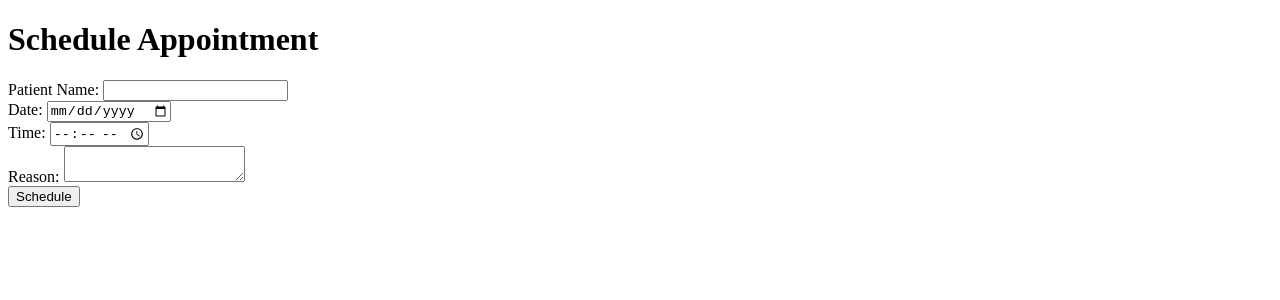
Repository: jaytriggz/Hospital-Management-System
Page: index.html
These files come from the project's save history. The page is drawn as it stood at one moment and after the next save; the edit follows.
The browser window is 1280 px wide. The pictures show the whole page.

Above is the page before, as saved 2024-07-04 14:18:24.

### index.html
<!DOCTYPE html>
<html lang="en">
<head>
    <meta charset="UTF-8">
    <title>Schedule Appointment</title>
</head>
<body>
    <h1>Schedule Appointment</h1>
    <form id="appointmentForm">
        <label for="patientName">Patient Name:</label>
        <input type="text" id="patientName" name="patientName" required><br>

        <label for="date">Date:</label>
        <input type="date" id="date" name="date" required><br>

        <label for="time">Time:</label>
        <input type="time" id="time" name="time" required><br>

        <label for="reason">Reason:</label>
        <textarea id="reason" name="reason" required></textarea><br>

        <button type="submit">Schedule</button>
    </form>

    <script>
        document.getElementById('appointmentForm').addEventListener('submit', function(event) {
            event.preventDefault();

            const formData = {
                patientName: document.getElementById('patientName').value,
                date: document.getElementById('date').value,
                time: document.getElementById('time').value,
                reason: document.getElementById('reason').value
            };

            fetch('/appointments', {
                method: 'POST',
                headers: {
                    'Content-Type': 'application/json'
                },
                body: JSON.stringify(formData)
            })
            .then(response => response.text())
            .then(data => {
                alert(data);
            })
            .catch(error => {
                console.error('Error:', error);
            });
        });
    </script>
</body>
</html>

After the next save:
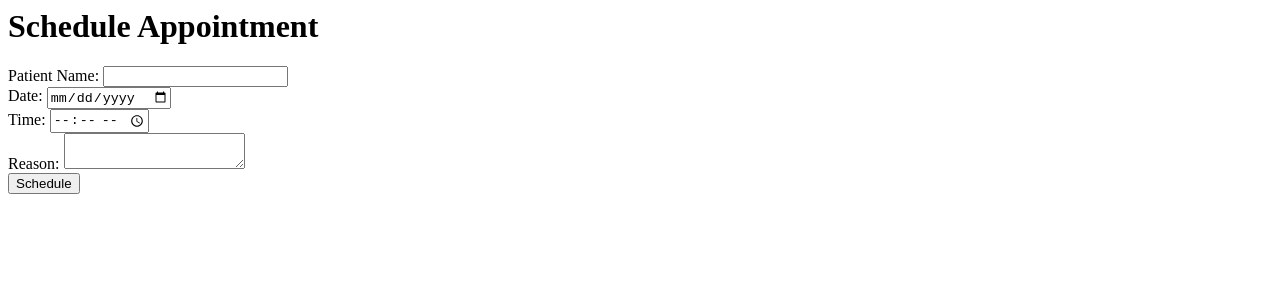
Saved 5 s later.
--- a/index.html
+++ b/index.html
@@ -1,4 +1,4 @@
-<!DOCTYPE html>
+<DOCTYPE html>
 <html lang="en">
 <head>
     <meta charset="UTF-8">

After the save that followed:
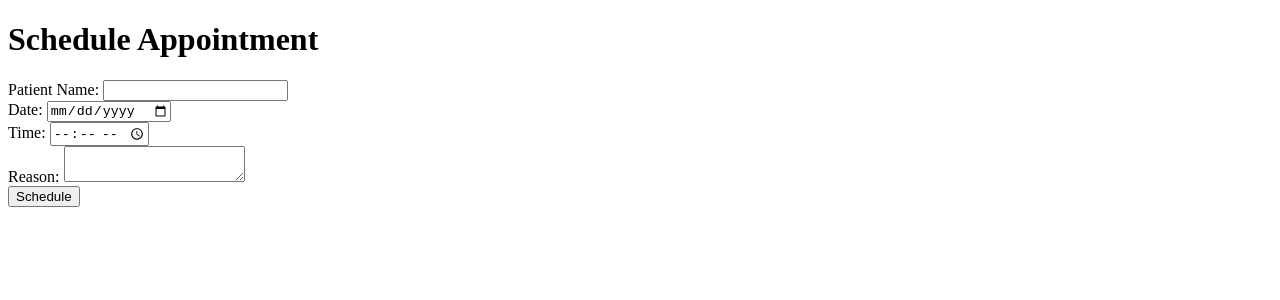
Saved 6 s later.
--- a/index.html
+++ b/index.html
@@ -1,4 +1,4 @@
-<DOCTYPE html>
+<!DOCTYPE html>
 <html lang="en">
 <head>
     <meta charset="UTF-8">
